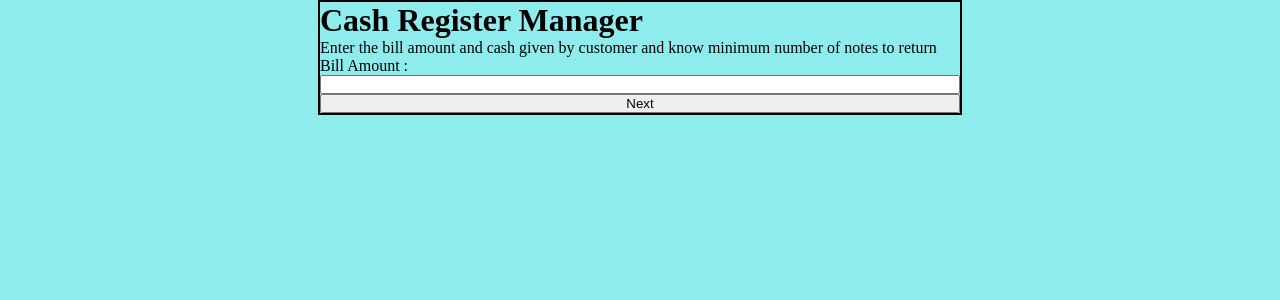
Repository: patelamancode/Cash-register-manager-app
Page: index.html
An editor plug-in stored every save of this project. The page is shown before and after the next save, followed by the edit.
The browser window is 1280 px wide. The pictures show the whole page.

Above is the page before, as saved 2022-11-18 15:27:03.

### index.html
<!DOCTYPE html>
<html lang="en">

<head>
    <meta charset="UTF-8">
    <meta http-equiv="X-UA-Compatible" content="IE=edge">
    <meta name="viewport" content="width=device-width, initial-scale=1.0">
    <link rel="stylesheet" href="index.css">
    <title>Cash register app</title>
</head>

<body>
    <div id="main-container">
        <h1 class="heading">Cash Register Manager</h1>
        <p id="description">Enter the bill amount and cash given by customer
            and know minimum number of notes to return
        </p>
        <label for="Bill-amount">Bill Amount :</label>
        <input type="text" id="bill-amount">
        <button id="next-btn">Next</button>
        <div class="sub-container">
            <label for="Cash-amount" class="cash-section">User Cash :</label>
            <input type="text" id="cash-amount">
            <button class="check-btn">Check</button>
            <p class="error-message"></p>
            <table class="change-cash">
                <caption>Return Change Cash :</caption>
                <tr>
                    <th>No. of notes</th>
                    <td class="notes-number"></td>
                    <td class="notes-number"></td>
                    <td class="notes-number"></td>
                    <td class="notes-number"></td>
                    <td class="notes-number"></td>
                    <td class="notes-number"></td>
                    <td class="notes-number"></td>
                    <td class="notes-number"></td>
                    <td class="notes-number"></td>
                    <td class="notes-number"></td>
                </tr>
                <tr>
                    <th>Notes</th>
                    <td>2000</td>
                    <td>1000</td>
                    <td>500</td>
                    <td>200</td>
                    <td>100</td>
                    <td>50</td>
                    <td>20</td>
                    <td>10</td>
                    <td>5</td>
                    <td>1</td>
                </tr>
            </table>
        </div>
    </div>

    <script src="index.js"></script>
</body>

</html>

### index.css
*{
    margin: 0;
    padding: 0;
}

body{
    background-color: rgb(143, 236, 236);
}

#main-container{
    display: flex;
    flex-direction: column;
    width: 50vw;
    margin: auto;
    border: 2px solid black;
}

.sub-container{
    background-color: yellow;
    display: none;
    flex-direction: column;
    width: 50vw;
    margin: auto;
}

### index.js
// document.querySelector('.check-btn').addEventListener('click', function(){
//     console.log("Check button is clicked")
// })

const billAmount = document.querySelector('#bill-amount');
const cashAmount = document.querySelector('#cash-amount');
const checkButton = document.querySelector('.check-btn');
const errorMessage = document.querySelector('.error-message');
const notesDisplay = document.querySelectorAll('.notes-number');
// from here
const hideContent = document.querySelector('.sub-container');
const nextButton = document.querySelector('#next-btn');


// Testing console values for all inputs
// checkButton.addEventListener('click', function(){
//     console.log(cashAmount.value);
// })

nextButton.addEventListener('click', function(){
    hideContent.style.display = "flex"
    hideContent.style.flexDirection = "column"
})
// to here

const displayErrorMessage = function (message) {
    errorMessage.style.display = "block";
    errorMessage.style.backgroundColor = "red";
    errorMessage.innerText = message;
}
const hideErrorMessage = function(){
    errorMessage.style.display = "none";

}

const notesArray = [2000, 1000, 500, 200, 100, 50, 20, 10, 5, 1];
const numberOfNotesGiven = function(returnAmount){
    for(let i=0; i< notesArray.length; i++){
        let notesCount = Math.trunc(returnAmount/notesArray[i]);
        returnAmount = returnAmount%notesArray[i];
        notesDisplay[i].innerText = notesCount;
    }
}

checkButton.addEventListener('click', function amountValidation() {
    hideErrorMessage();

    if (billAmount.value > 0) {
        if(cashAmount.value >= billAmount.value){
            const returnAmount = cashAmount.value - billAmount.value;
            numberOfNotesGiven(returnAmount);
        }
        else{
            displayErrorMessage("Invalid Cash value as per Bill amount");
        }
    }
    else {
        displayErrorMessage("Please make sure input bill amount must be positive and non-zero value");
    }
})



// 1550

After the next save:
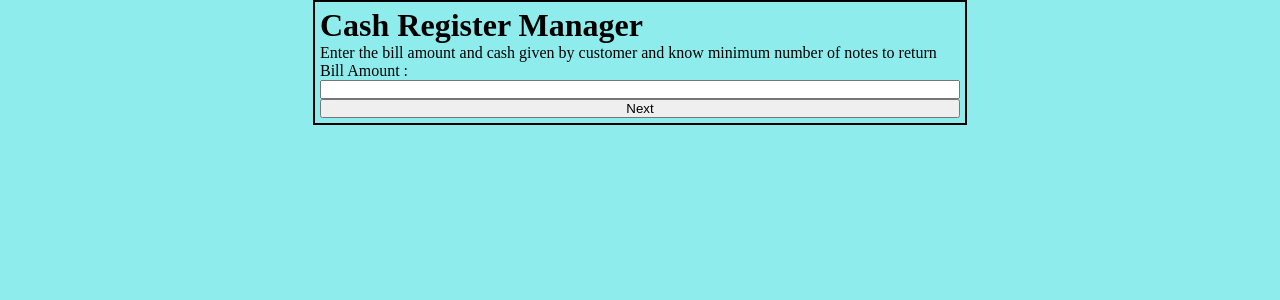
Saved 34 s later.
--- a/index.css
+++ b/index.css
@@ -12,7 +12,9 @@ body{
     flex-direction: column;
     width: 50vw;
     margin: auto;
+    padding: 5px;
     border: 2px solid black;
+
 }
 
 .sub-container{
